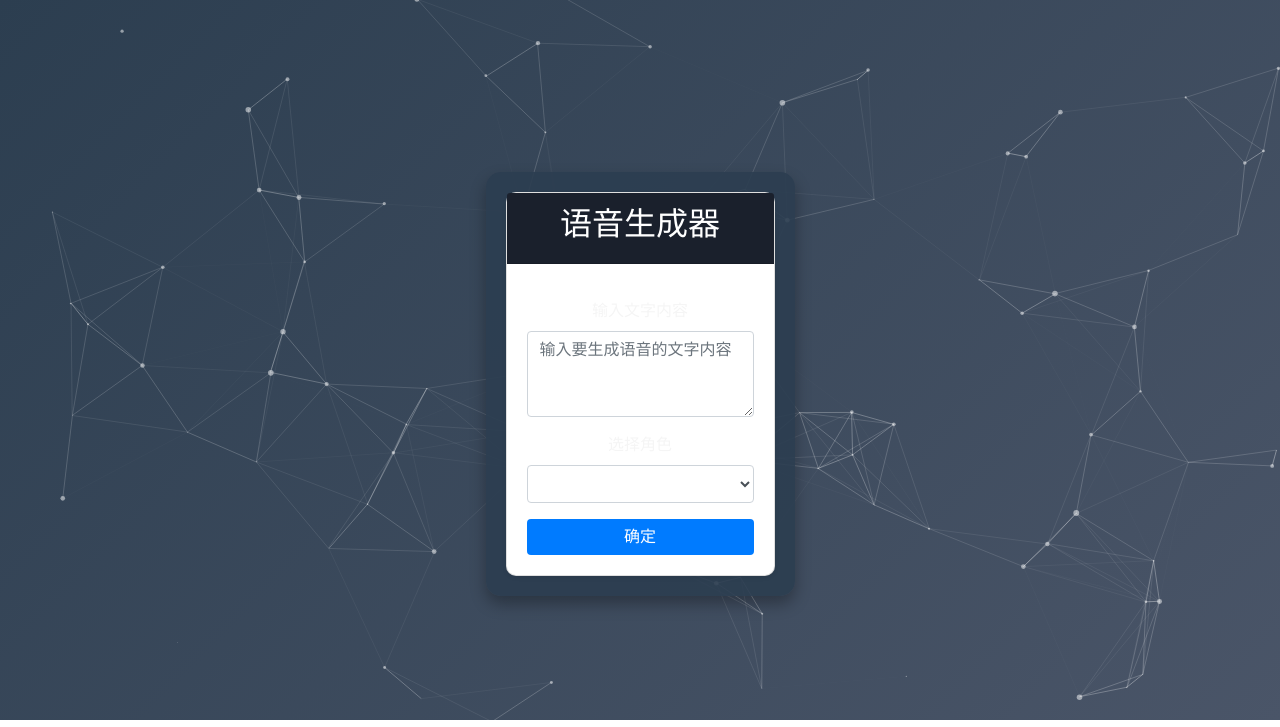
Repository: escapistmost/VOICE
Page: /
These files come from the project's save history. The page is drawn as it stood at one moment and after the next save; the edit follows.
The browser window is 1280 px wide. The pictures show the whole page.
The project was rebuilt for these pictures with package versions that can differ from the ones it lists, and the page was loaded fresh each time. Also part of the build but not shown: vue.config.js.

Above is the page before, as saved 2024-06-01 18:54:59.

### public/index.html
<!DOCTYPE html>
<html lang="en">
  <head>
    <meta charset="utf-8">
    <meta name="viewport" content="width=device-width, initial-scale=1.0">
    <title>Voice Generator</title>
    <link href="https://stackpath.bootstrapcdn.com/bootstrap/4.5.2/css/bootstrap.min.css" rel="stylesheet">
    <link href="/style.css" rel="stylesheet">
  </head>
  <body>
    <div id="app"></div>
    <script src="https://cdn.jsdelivr.net/npm/particles.js@2.0.0/particles.min.js"></script>
  </body>
</html>

### src/App.vue
<template>
  <div id="app">
    <div id="particles-js"></div>
    <VoiceGenerator />
  </div>
</template>

<script>
import VoiceGenerator from './components/VoiceGenerator.vue';

export default {
  name: 'App',
  components: {
    VoiceGenerator
  },
  mounted() {
    particlesJS.load('particles-js', '/particles.json', function() {
      console.log('particles.js loaded - callback');
    });
  }
};
</script>

<style>
#app {
  font-family: Avenir, Helvetica, Arial, sans-serif;
  -webkit-font-smoothing: antialiased;
  -moz-osx-font-smoothing: grayscale;
  text-align: center;
  color: #f5f5f5;
  height: 100vh;
  display: flex;
  justify-content: center;
  align-items: center;
}
</style>

### src/components/VoiceGenerator.vue
<template>
  <div class="container mt-5">
    <div class="card shadow-sm">
      <div class="card-header text-white text-center">
        <h2>语音生成器</h2>
      </div>
      <div class="card-body">
        <div class="form-group">
          <label for="textInput">输入文字内容</label>
          <textarea class="form-control" id="textInput" v-model="text" rows="3" placeholder="输入要生成语音的文字内容"></textarea>
        </div>
        <div class="form-group">
          <label for="roleSelect">选择角色</label>
          <select class="form-control" id="roleSelect" v-model="selectedRole">
            <option v-for="role in roles" :key="role" :value="role">{{ role }}</option>
          </select>
        </div>
        <button class="btn btn-primary btn-block" @click="generateVoice">确定</button>
        <div v-if="audioUrl" class="mt-4 text-center">
          <audio controls :src="audioUrl"></audio>
          <button class="btn btn-success mt-2" @click="downloadVoice">下载</button>
        </div>
      </div>
    </div>
  </div>
</template>

<script>
export default {
  data() {
    return {
      text: '',
      selectedRole: '',
      roles: ['角色1', '角色2', '角色3'],
      audioUrl: ''
    };
  },
  methods: {
    async generateVoice() {
      try {
        const response = await fetch('API_ENDPOINT', {
          method: 'POST',
          headers: {
            'Content-Type': 'application/json'
          },
          body: JSON.stringify({
            text: this.text,
            role: this.selectedRole
          })
        });

        if (!response.ok) {
          throw new Error(`HTTP error! status: ${response.status}`);
        }

        const data = await response.json();
        this.audioUrl = data.audioUrl; // 假设 API 返回生成语音的 URL
      } catch (error) {
        console.error('Error:', error);
        alert('生成语音时发生错误，请检查控制台以获取更多信息。');
      }
    },
    downloadVoice() {
      const link = document.createElement('a');
      link.href = this.audioUrl;
      link.download = 'generated-voice.mp3';
      link.click();
    }
  }
};
</script>

<style scoped>
.container {
  max-width: 600px;
}
.card {
  border-radius: 10px;
}
.card-header {
  background-color: #1a202c;
}
</style>

### public/style.css
body {
    margin: 0;
    overflow: hidden;
    font-family: 'Arial', sans-serif;
  }

  #particles-js {
    position: absolute;
    width: 100%;
    height: 100%;
    background: linear-gradient(135deg, #2c3e50 0%, #4a5568 100%);
    background-size: cover;
    z-index: -1;
  }

  .container {
    background: rgba(44, 62, 80, 0.9); /* 使背景更加融入整体 */
    border-radius: 15px;
    box-shadow: 0 8px 16px rgba(0, 0, 0, 0.3);
    padding: 20px;
    width: 100%;
    max-width: 600px;
    color: #f5f5f5; /* 统一文字颜色 */
  }

  .card-header {
    background-color: rgba(0, 123, 255, 0.8); /* 调整透明度 */
    color: white;
    border-radius: 15px 15px 0 0;
  }

  .btn-primary {
    background-color: #007bff;
    border: none;
  }

  .btn-primary:hover {
    background-color: #0056b3;
  }

  audio {
    width: 100%;
    margin-top: 15px;
  }

  .text-center {
    margin-bottom: 15px;
  }

### public/particles.json
{
    "particles": {
      "number": {
        "value": 80,
        "density": {
          "enable": true,
          "value_area": 800
        }
      },
      "color": {
        "value": "#ffffff"
      },
      "shape": {
        "type": "circle",
        "stroke": {
          "width": 0,
          "color": "#000000"
        },
        "polygon": {
          "nb_sides": 5
        },
        "image": {
          "src": "img/github.svg",
          "width": 100,
          "height": 100
        }
      },
      "opacity": {
        "value": 0.5,
        "random": false,
        "anim": {
          "enable": false,
          "speed": 1,
          "opacity_min": 0.1,
          "sync": false
        }
      },
      "size": {
        "value": 3,
        "random": true,
        "anim": {
          "enable": false,
          "speed": 40,
          "size_min": 0.1,
          "sync": false
        }
      },
      "line_linked": {
        "enable": true,
        "distance": 150,
        "color": "#ffffff",
        "opacity": 0.4,
        "width": 1
      },
      "move": {
        "enable": true,
        "speed": 2,
        "direction": "none",
        "random": false,
        "straight": false,
        "out_mode": "out",
        "bounce": false,
        "attract": {
          "enable": false,
          "rotateX": 600,
          "rotateY": 1200
        }
      }
    },
    "interactivity": {
      "detect_on": "canvas",
      "events": {
        "onhover": {
          "enable": true,
          "mode": "repulse"
        },
        "onclick": {
          "enable": true,
          "mode": "push"
        },
        "resize": true
      },
      "modes": {
        "grab": {
          "distance": 400,
          "line_linked": {
            "opacity": 1
          }
        },
        "bubble": {
          "distance": 400,
          "size": 40,
          "duration": 2,
          "opacity": 8,
          "speed": 3
        },
        "repulse": {
          "distance": 200,
          "duration": 0.4
        },
        "push": {
          "particles_nb": 4
        },
        "remove": {
          "particles_nb": 2
        }
      }
    },
    "retina_detect": true
  }

Loaded but not shown: src/main.js (common file)

After the next save:
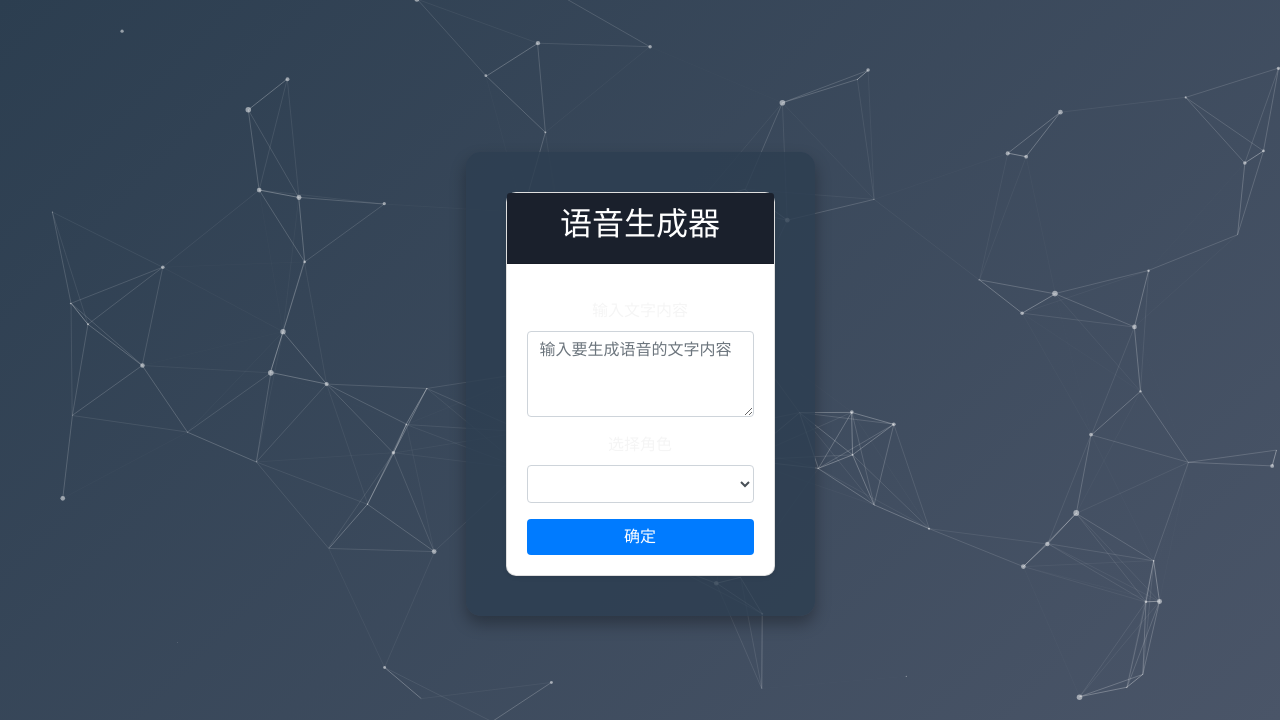
Saved 76 s later.
--- a/public/style.css
+++ b/public/style.css
@@ -14,12 +14,12 @@ body {
   }
 
   .container {
-    background: rgba(44, 62, 80, 0.9); /* 使背景更加融入整体 */
+    background: rgba(44, 62, 80, 0.8); /* 使背景更加融入整体 */
     border-radius: 15px;
     box-shadow: 0 8px 16px rgba(0, 0, 0, 0.3);
-    padding: 20px;
+    padding: 40px; /* 增加内边距 */
     width: 100%;
-    max-width: 600px;
+    max-width: 800px; /* 增加最大宽度 */
     color: #f5f5f5; /* 统一文字颜色 */
   }
 
